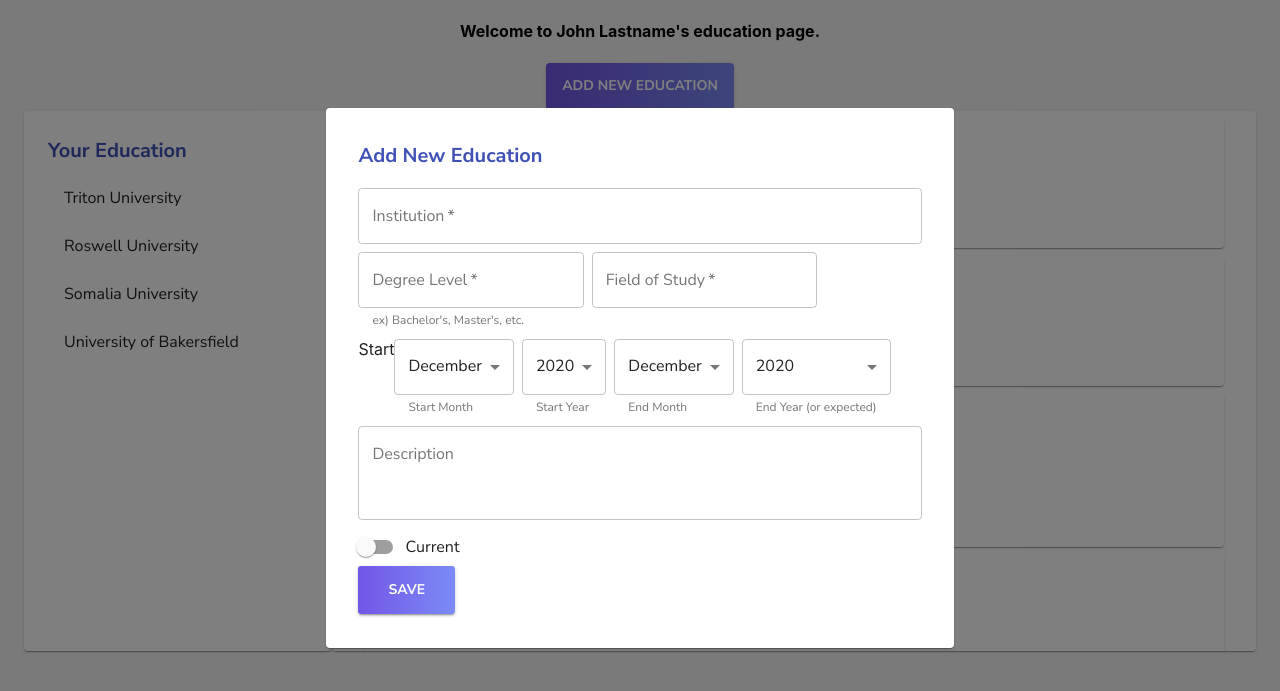
Repository: noellered/Showwcase-React-Challenge
Page: / (app in showwcase-education-react/), after clicking the first element matching `button.MuiButtonBase-root`
The author's editor kept a copy of each file at every save. The page is drawn from the files as they stood at one save, then again after a run of saves.
The browser window is 1280 px wide. The pictures show the whole page.
The page's requests for data from a server got no answer. An inner scrolling area shows only its first screen. The project was rebuilt for these pictures with package versions that can differ from the ones it lists, and the page was loaded fresh each time. No one was signed in, and anything a server would have sent is missing. Also part of the build but not shown: showwcase-education-react/src/components/Home.tsx.

Above is the page before, as saved 2020-12-17 18:03:36.

### showwcase-education-react/public/index.html
<!DOCTYPE html>
<html lang="en">
  <head>
    <meta charset="utf-8" />
    <link rel="icon" href="%PUBLIC_URL%/favicon.ico" />
    <link rel="preconnect" href="https://fonts.gstatic.com">
    <link href="https://fonts.googleapis.com/css2?family=Nunito+Sans:ital,wght@0,400;0,700;1,400&display=swap" rel="stylesheet">


    <meta name="viewport" content="width=device-width, initial-scale=1" />
    <meta name="theme-color" content="#000000" />
    <meta
      name="description"
      content="Web site created using create-react-app"
    />
    <link rel="apple-touch-icon" href="%PUBLIC_URL%/logo192.png" />
    <!--
      manifest.json provides metadata used when your web app is installed on a
      user's mobile device or desktop. See https://developers.google.com/web/fundamentals/web-app-manifest/
    -->
    <link rel="manifest" href="%PUBLIC_URL%/manifest.json" />
    <!--
      Notice the use of %PUBLIC_URL% in the tags above.
      It will be replaced with the URL of the `public` folder during the build.
      Only files inside the `public` folder can be referenced from the HTML.

      Unlike "/favicon.ico" or "favicon.ico", "%PUBLIC_URL%/favicon.ico" will
      work correctly both with client-side routing and a non-root public URL.
      Learn how to configure a non-root public URL by running `npm run build`.
    -->
    <title>React App</title>
  </head>
  <body>
    <noscript>You need to enable JavaScript to run this app.</noscript>
    <div id="root"></div>
    <!--
      This HTML file is a template.
      If you open it directly in the browser, you will see an empty page.

      You can add webfonts, meta tags, or analytics to this file.
      The build step will place the bundled scripts into the <body> tag.

      To begin the development, run `npm start` or `yarn start`.
      To create a production bundle, use `npm run build` or `yarn build`.
    -->
  </body>
</html>

### showwcase-education-react/src/index.css
body {
  margin: 0;
  background: #F5F5F5;
  font-family: -apple-system, BlinkMacSystemFont, 'Segoe UI', 'Roboto', 'Oxygen',
    'Ubuntu', 'Cantarell', 'Fira Sans', 'Droid Sans', 'Helvetica Neue',
    sans-serif;
  -webkit-font-smoothing: antialiased;
  -moz-osx-font-smoothing: grayscale;
}

code {
  font-family: source-code-pro, Menlo, Monaco, Consolas, 'Courier New',
    monospace;
}

### showwcase-education-react/src/App.tsx
import React, {useState} from 'react';
import Home from './components/Home';
import Main from './components/Main';
import { MuiThemeProvider, createMuiTheme } from '@material-ui/core/styles';
import './App.css';

function App() {
  const theme = createMuiTheme({
    typography: {
        fontFamily: [
            'Nunito Sans',
            'sans-serif'
        ].join(','),
        h6: {
          fontWeight: 600
        },
        body1: {
          fontWeight: 400
        },
        subtitle1: {
          fontStyle: 'italic'
        },
        button: {
          fontWeight: 600
        }
    },
  })
  const [name, setName] = useState('John Lastname')

  return (
    <MuiThemeProvider theme={theme}>
      <div className="App">
        { name ? <Main name={name} /> : <Home setName={setName} /> }
      </div>
    </MuiThemeProvider>

  );
}

export default App;

### showwcase-education-react/src/components/Main.tsx
import React, {FunctionComponent, useState} from 'react';
import EducationSidebar from './education/EducationSidebar';
import EducationList from './education/EducationList';
import EducationModalContent from './education/EducationModalContent';
import Modal from '@material-ui/core/Modal';
import Backdrop from '@material-ui/core/Backdrop';
import Fade from '@material-ui/core/Fade';
import Paper from '@material-ui/core/Paper';
import Grid from '@material-ui/core/Grid';
import Container from '@material-ui/core/Container';
import Button from '@material-ui/core/Button';
import { pageStyles } from './pageStyles';

const Main:FunctionComponent<{name: string}> = ({name}) => {
    const classes = pageStyles();
    const [open, setOpen] = useState<boolean>(false);
    const [education, setEducation] = useState<object[]>([
        {
            degree: "MFA.",
            description: "",
            end: {month: 11, year: 2020},
            fieldOfStudy: "Being Cool",
            institution: "Triton University",
            start: {month: 11, year: 2020}
        },
        {
            degree: "M.Sc.",
            description: "",
            end: {month: 11, year: 2020},
            fieldOfStudy: "Biology of Aliens",
            institution: "Roswell University",
            start: {month: 11, year: 2020}
        },
        {
            degree: "B.S.",
            description: "I learned things, and stuff. Then I learned how to be a pirate. Arrrr, matey.",
            end: {month: 11, year: 2020},
            fieldOfStudy: "Pirate Studies",
            institution: "Somalia University",
            start: {month: 11, year: 2020}
        },
        {
            degree: "B.A.",
            description: "",
            end: {month: 11, year: 2020},
            fieldOfStudy: "Home Economics",
            institution: "University of Bakersfield",
            start: {month: 11, year: 2020}
        },
    ]);


    //Modal handlers

    const handleOpen = () => {
        setOpen(true);
    }

    const handleClose = () => {
        setOpen(false);
    }

    const handleEducationUpdate = (newEducation) => {
        setEducation(education => [newEducation, ...education]) //prepend new education item to education list
        handleClose();
    }

    return(
        <Container>
            <h4>Welcome to {name}'s education page.</h4>
            <Button
                className={classes.button}
                variant="contained"
                color="primary"
                type="button"
                onClick={handleOpen}
                >
                Add New Education
            </Button>
            <Grid container className={classes.container}>
                <Grid item xs={12} lg={3}>
                    <Paper className={classes.paper}>
                        <EducationSidebar list={education}/>
                    </Paper>
                </Grid>
                <Grid item xs={12} lg={9}>
                    <Paper className={classes.paper}>
                        <EducationList list={education}/>
                    </Paper>
                </Grid>
            </Grid>
            <Modal
                className={classes.modal}
                aria-labelledby="add-education"
                aria-describedby="add-education-modal"
                open={open}
                onClose={handleClose}
                closeAfterTransition
                BackdropComponent={Backdrop}
                BackdropProps={{
                timeout: 300,
                }}>
                <Fade in={open}>
                    <Paper className={`${classes.modal} ${classes.paper}`}>
                        <EducationModalContent handleUpdate={handleEducationUpdate}/>
                    </Paper>
                </Fade>
            </Modal>
        </Container>
    )
}

export default Main;

### showwcase-education-react/src/components/pageStyles.tsx
import { makeStyles } from '@material-ui/core/styles';

export const pageStyles = makeStyles({
    modal: {
        maxWidth: '70%',
        margin: 'auto',
        height: '70vh'
    },
    button: {
        backgroundImage: 'linear-gradient(90deg, rgba(114,86,231,1) 0%, rgba(123,139,245,1) 100%)',
        borderColor: '#0063cc',
        borderRadius: 3,
        color: 'white',
        height: 48,
        padding: '0 30px',
        '&:hover': {
            backgroundImage: 'linear-gradient(90deg, rgba(81,53,196,1) 0%, rgba(91,110,238,1) 100%)',
            borderColor: '#0062cc',
          },
    },
    container: {
        display: 'flex',
        justifyContent: 'space-between'
    },
    paper: {
        height: '75vh',
        overflow: 'auto',
        "&:focus": {
            outline: "none"
          }
    },
    sideBar: {
        marginRight: '2rem',
    }
})

### showwcase-education-react/src/components/education/EducationSidebar.tsx
import React, { FunctionComponent } from 'react';
import List from '@material-ui/core/List';
import ListItem from '@material-ui/core/ListItem';
import ListItemText from '@material-ui/core/ListItemText';
import Typography from '@material-ui/core/Typography';
import { useStyles } from './styles'

const EducationSidebar:FunctionComponent<{list: object[]}> = ({ list }) => {
    const classes = useStyles();
    return(
        <List className={classes.list}>
            <Typography variant="h6" color="primary" align="justify" gutterBottom>Your Education</Typography>
            { list.length > 0 ? list.map((item) =>
            <div>
                <ListItem className={classes.listItem} button>
                    <ListItemText >{item['institution']}</ListItemText>
                </ListItem>
            </div>
            )
            : <div>No education to display</div> }
        </List>
    )
}
export default EducationSidebar;

### showwcase-education-react/src/components/education/EducationList.tsx
import React, { FunctionComponent } from 'react';
import Card from '@material-ui/core/Card';
import { useStyles } from './styles';
import Typography from '@material-ui/core/Typography';
import Container from '@material-ui/core/Container';

const EducationList:FunctionComponent<{list: object[]}> = ({ list }) => {
    const classes = useStyles();
    return(
        <Container>
            { list.length > 0 ? list.map((item) =>
            <Card className={classes.educationCard}>
                <Typography align="justify" variant="h6" color="textPrimary">
                    {item['degree']} {item['fieldOfStudy']} @ {item['institution']}
                </Typography>
                <Typography variant="subtitle1" align="justify" color="textSecondary" gutterBottom>
                January {item['start']['year']} - December {item['end']['year']}
                </Typography>
                <Typography variant="body1" align="justify">
                    {item['description']}
                </Typography>
            </Card>) : <div>Nothing to display</div> }
        </Container>
    )
}
export default EducationList;

### showwcase-education-react/src/components/education/EducationModalContent.tsx
import React, { FunctionComponent, useEffect, useState } from 'react';
import Autocomplete, { AutocompleteRenderGroupParams } from '@material-ui/lab/Autocomplete';
import TextField from '@material-ui/core/TextField';
import Button from '@material-ui/core/Button';
import ListSubheader from '@material-ui/core/ListSubheader';
import { useTheme } from '@material-ui/core/styles';
import useMediaQuery from '@material-ui/core/useMediaQuery';
import Typography from '@material-ui/core/Typography';
import { VariableSizeList, ListChildComponentProps } from 'react-window';
import MonthPicker from '../pickers/MonthPicker';
import YearPicker from '../pickers/YearPicker';
import { useStyles } from './styles';
import Switch from '@material-ui/core/Switch';
import FormControlLabel from '@material-ui/core/FormControlLabel';


//Virtualize institution list for more efficient rendering performance

const LISTBOX_PADDING = 8; // px

function renderRow(props: ListChildComponentProps) {
  const { data, index, style } = props;
  return React.cloneElement(data[index], {
    style: {
      ...style,
      top: (style.top as number) + LISTBOX_PADDING,
    },
  });
}

const OuterElementContext = React.createContext({});

const OuterElementType = React.forwardRef<HTMLDivElement>((props, ref) => {
  const outerProps = React.useContext(OuterElementContext);
  return <div ref={ref} {...props} {...outerProps} />;
});

function useResetCache(data: any) {
    const ref = React.useRef<VariableSizeList>(null);
    React.useEffect(() => {
      if (ref.current != null) {
        ref.current.resetAfterIndex(0, true);
      }
    }, [data]);
    return ref;
  }


  // React-window adapter
  const ListboxComponent = React.forwardRef<HTMLDivElement>(function ListboxComponent(props, ref) {
    const { children, ...other } = props;
    const theme = useTheme();
    const itemData = React.Children.toArray(children);
    const smUp = useMediaQuery(theme.breakpoints.up('sm'), { noSsr: true });
    const itemCount = itemData.length;
    const itemSize = smUp ? 36 : 48;

    const getChildSize = (child: React.ReactNode) => {
      if (React.isValidElement(child) && child.type === ListSubheader) {
        return 48;
      }

      return itemSize;
    };

    const getHeight = () => {
      if (itemCount > 8) {
        return 8 * itemSize;
      }
      return itemData.map(getChildSize).reduce((a, b) => a + b, 0);
    };

    const gridRef = useResetCache(itemCount);

    return (
      <div ref={ref}>
        <OuterElementContext.Provider value={other}>
          <VariableSizeList
            itemData={itemData}
            height={getHeight() + 2 * LISTBOX_PADDING}
            width="100%"
            ref={gridRef}
            outerElementType={OuterElementType}
            innerElementType="ul"
            itemSize={(index) => getChildSize(itemData[index])}
            overscanCount={5}
            itemCount={itemCount}
          >
            {renderRow}
          </VariableSizeList>
        </OuterElementContext.Provider>
      </div>
    );
  });



//Add Education Modal Content
const EducationModalContent:FunctionComponent<{handleUpdate: any}>= ({ handleUpdate }) => {
    const classes = useStyles();
    const [institutionList, setInstitutionList] = useState<string[]>([]);
    const [institution, setInstitution] = useState<string>('');
    const [degree, setDegree] = useState<string>('');
    const [description, setDescription] = useState<string>('');
    const [fieldOfStudy, setFieldOfStudy] = useState<string>('');
    const [current, setCurrent] = useState<boolean>(false)
    const [start, setStart] = useState<{month: number, year: number}>({
        month: new Date().getMonth(),
        year: new Date().getFullYear()
    });
    const [end, setEnd] = useState({
        month: new Date().getMonth(),
        year: new Date().getFullYear()
    });



    const getInstitutions = () => {
        fetch(`http://universities.hipolabs.com/search`)
        .then((res: any) => res.json()
        .then((JSON) => setInstitutionList(JSON.map((item)=>item['name']))));
    }

    // Get institutions list on component mount
    useEffect( () => {
        getInstitutions()
    }, []);

    //Render group for visualized autocomplete component
    const renderGroup = (params: AutocompleteRenderGroupParams) => [
        <ListSubheader key={params.key} component="div">
          {params.group}
        </ListSubheader>,
        params.children,
    ];

    //Handle form submit
    const handleSubmit = (e: any) => {
        e.preventDefault();
        const newEducation = { institution, fieldOfStudy, degree, start, end, description, current }
        return handleUpdate(newEducation);
    }

    //Handle institution change for autocomplete component
    const handleInputChange = (e: React.ChangeEvent<{}>, value: string) => {
        setInstitution(value)
    }

    const handleSwitch = (e: React.ChangeEvent<HTMLInputElement>) => {
      setCurrent(e.target.checked);
    }



    return(
        <div className={classes.modalContent}>
            <Typography variant="h6" color="primary">Add New Education</Typography>
            <form onSubmit={handleSubmit}>
                <Autocomplete
                id="institutions-list"
                options={institutionList}
                freeSolo
                renderGroup={renderGroup}
                renderInput={(params)=>(
                    <TextField {...params} label="Institution" margin="normal" variant="outlined" required/>
                )}
                renderOption={(option) => <p>{option}</p>}
                ListboxComponent={ListboxComponent as React.ComponentType<React.HTMLAttributes<HTMLElement>>}
                disableListWrap
                autoSelect={true}
                onInputChange={handleInputChange}
                />
                <div className={classes.inputGroup}>
                  <TextField className={`${classes.input} ${classes.mr}`} label="Degree Level" helperText="ex) Bachelor's, Master's, etc." variant="outlined" onChange={(e)=> setDegree(e.target.value)} required/>
                  <TextField className={classes.input} label="Field of Study" variant="outlined" onChange={(e)=> setFieldOfStudy(e.target.value)} required/>
                </div>
                <div className={classes.inputGroup}>
                  <label>Start</label>
                    <MonthPicker className={`${classes.input} ${classes.mr}`} label="Start Month" id="startMonth" onChange={(e)=> setStart({...start, month: e.target.value})}/>
                    <YearPicker className={`${classes.input} ${classes.mr}`} label="Start Year" id="startYear" onChange={(e)=> setStart({...start, year: e.target.value})}/>
                    <MonthPicker className={`${classes.input} ${classes.mr}`} label="End Month" id="endMonth" onChange={(e)=> setEnd({...end, month: e.target.value})}/>
                    <YearPicker className={`${classes.input} ${classes.mr}`} label="End Year (or expected)" id="endYear" onChange={(e)=> setEnd({...end, year: e.target.value})}/>
                </div>
                <TextField className={classes.input} multiline fullWidth rows={3} variant="outlined" label="Description" onChange={(e)=> setDescription(e.target.value)}/>

                <div className={classes.inputGroup}>
                <FormControlLabel
                      control={<Switch checked={current} onChange={handleSwitch} name="current" color="secondary"/>}
                      label="Current"
                />
                </div>

                <Button variant="contained" className={classes.button} color="primary" type="submit" >Save</Button>
            </form>
        </div>
    )
}
export default EducationModalContent;

### showwcase-education-react/src/components/education/styles.tsx
import { makeStyles } from '@material-ui/core/styles';

export const useStyles = makeStyles({
    button: {
        backgroundImage: 'linear-gradient(90deg, rgba(114,86,231,1) 0%, rgba(123,139,245,1) 100%)',
        borderColor: '#0063cc',
        borderRadius: 3,
        color: 'white',
        height: 48,
        padding: '0 30px',
        '&:hover': {
            backgroundImage: 'linear-gradient(90deg, rgba(81,53,196,1) 0%, rgba(91,110,238,1) 100%)',
            borderColor: '#0062cc',
          },
    },
    educationCard: {
        padding: '2rem',
        margin: '.5rem'
    },
    list: {
        padding: '1.5rem',
    },

    modalContent: {
        padding: '2rem',
    },
    listItem: {
        '&:active': {
            fontWeight: 600,
        }
    },
    input: {
        minWidth: '40%',
        marginBottom: '.5rem'
    },
    inputGroup: {
        display: 'flex',
        flexDirection: 'row',
        minWidth: '100%'
    },
    mr: {
        marginRight: '.5rem'
    }
})

### showwcase-education-react/src/components/pickers/MonthPicker.tsx
import React, { FunctionComponent, useState } from 'react';
import InputLabel from '@material-ui/core/InputLabel';
import MenuItem from '@material-ui/core/MenuItem';
import FormControl from '@material-ui/core/FormControl';
import TextField from '@material-ui/core/TextField';

interface MonthPickerProps {
    label?: string;
    id?: string;
    onChange?: any;
    className?: string;
}

const months = [
    { id: 0, name: 'January' },
    { id: 1, name: 'February' },
    { id: 2, name: 'March' },
    { id: 3, name: 'April' },
    { id: 4, name: 'May' },
    { id: 5, name: 'June' },
    { id: 6, name: 'July' },
    { id: 7, name: 'August' },
    { id: 8, name: 'September' },
    { id: 9, name: 'October' },
    { id: 10, name: 'November' },
    { id: 11, name: 'December' },
];

const MonthPicker:FunctionComponent<MonthPickerProps> = ({ label, id, className }) => {
    const [month, setMonth] = useState(new Date().getMonth())

   const handleChange = (e: any) => {
        e.preventDefault();
        setMonth(e.target.value);
   }

    return (
        <div>
            <FormControl>
                <TextField select helperText={label} id={id} value={month} onChange={handleChange} className={className} variant="outlined" required>
                { months.map((month) => <MenuItem value={month.id}>{month.name}</MenuItem>)}
                </TextField>
            </FormControl>
        </div>
    )
}

export default MonthPicker;

### showwcase-education-react/src/components/pickers/YearPicker.tsx
import React, { FunctionComponent, useState } from 'react';
import MenuItem from '@material-ui/core/MenuItem';
import FormControl from '@material-ui/core/FormControl';
import TextField from '@material-ui/core/TextField';

interface YearPickerProps {
    label?: string;
    id?: string;
    onChange?: any;
    className?: string;
}

const years:number[] = []

//Create year list
for(let y = (new Date().getFullYear() + 10); y >= 1950; y--){
    years.push(y)
}

const YearPicker:FunctionComponent<YearPickerProps> = React.memo(({ label, id, className }) => {
    const [year, setYear] = useState(new Date().getFullYear())

   const handleChange = (e: any) => {
        e.preventDefault();
        setYear(e.target.value);
   }

    return (
        <div>
            <FormControl>
                <TextField select  helperText={label} id={id} value={year} onChange={handleChange} className={className} variant="outlined" required>
                { years.map((year) => <MenuItem value={year}>{year}</MenuItem>)}
                </TextField>
            </FormControl>
        </div>
    )
})

export default YearPicker;

Loaded but not shown: showwcase-education-react/src/index.tsx (common file); showwcase-education-react/src/reportWebVitals.ts (common file); showwcase-education-react/src/App.css (common file)

After the next 3 saves:
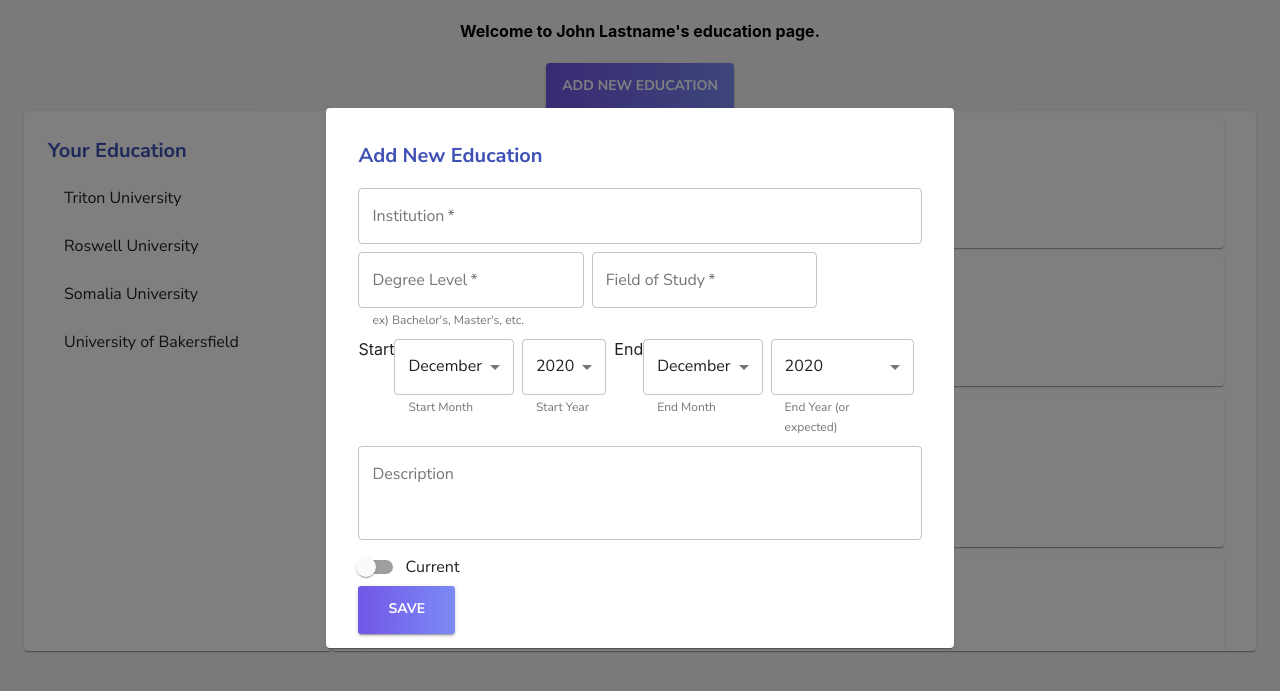
The 3 saves are shown as one change because they came seconds apart.
The last was saved 9 s later.
--- a/showwcase-education-react/src/components/education/EducationModalContent.tsx
+++ b/showwcase-education-react/src/components/education/EducationModalContent.tsx
@@ -178,6 +178,8 @@ const EducationModalContent:FunctionComponent<{handleUpdate: any}>= ({ handleUpd
                   <label>Start</label>
                     <MonthPicker className={`${classes.input} ${classes.mr}`} label="Start Month" id="startMonth" onChange={(e)=> setStart({...start, month: e.target.value})}/>
                     <YearPicker className={`${classes.input} ${classes.mr}`} label="Start Year" id="startYear" onChange={(e)=> setStart({...start, year: e.target.value})}/>
+
+                  <label>End</label>
                     <MonthPicker className={`${classes.input} ${classes.mr}`} label="End Month" id="endMonth" onChange={(e)=> setEnd({...end, month: e.target.value})}/>
                     <YearPicker className={`${classes.input} ${classes.mr}`} label="End Year (or expected)" id="endYear" onChange={(e)=> setEnd({...end, year: e.target.value})}/>
                 </div>
